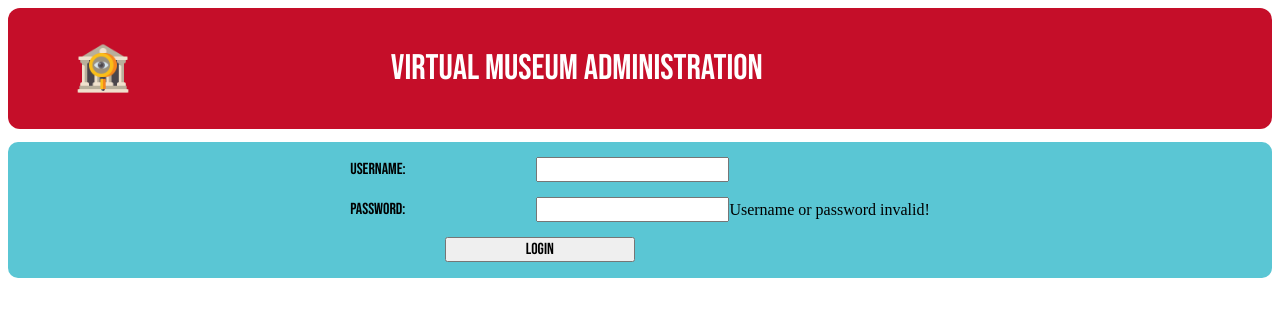
Repository: njegos-dukic/Virtual-Museum
Page: http://localhost/VirtualMuseumAdmin/jsp/Login.jsp
An editor plug-in stored every save of this project. The page is shown before and after the next save, followed by the edit.
The browser window is 1280 px wide. The pictures show the whole page.
The page is served by Tomcat 9.

Above is the page before, as saved 2022-01-06 15:18:58.

After the next save:
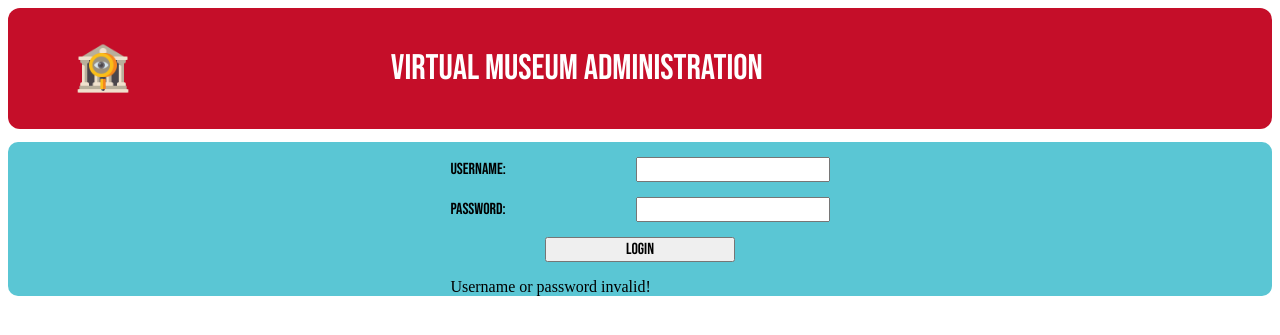
Saved 23 s later.
--- a/VirtualMuseumAdmin/WebContent/jsp/Login.jsp
+++ b/VirtualMuseumAdmin/WebContent/jsp/Login.jsp
@@ -48,10 +48,11 @@
 	            <div class="museum-edit-single-input margin-botton-4perc">
 	                <input class="museum-edit-input-field" type="submit" value="Login">
 	            </div>
+	            <div>Username or password invalid!</div>
 	        </form>
 
 	        <% if (!"1".equals(response.getHeader("login-invalid")))  %>
-	        	<div>Username or password invalid!</div>
+
 
 	    </div>
 	</body>
